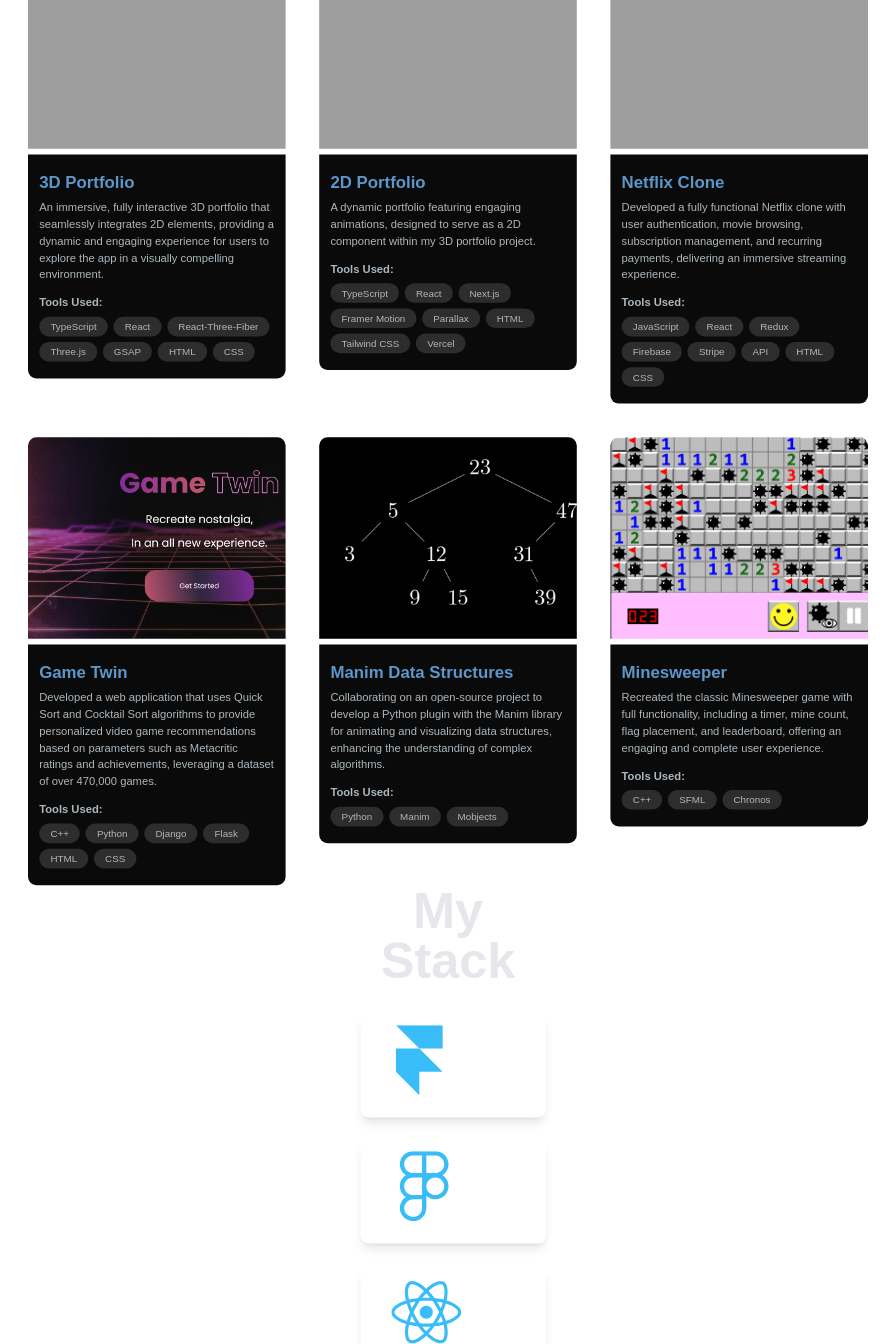
Repository: GG1627/2d-portfolio
Page: /
These files come from the project's save history. The page is drawn as it stood at one moment and after the next save; the edit follows.
The browser window is 1280 px wide. The pictures show the part of the page from y = 1572 to 3492 px (the page is 4788 px tall before and 4780 px after), at 70% of full size.
Pictures or frames that could not be fetched are drawn as grey boxes. The project was rebuilt for these pictures with package versions that can differ from the ones it lists, and the page was loaded fresh each time. The framework's server and built-in components were replaced by stand-ins that run in the browser. Also part of the build but not shown: next.config.ts.

Above is the page before, as saved 2025-01-08 10:36:32.

### app/page.tsx
import { Hero } from "./sections/Hero";
import { Stack } from "./sections/Stack";
import { Projects } from "./sections/Projects";
import { Navbar } from "./sections/Navbar";
import { About } from "./sections/About";
import { Contact } from "./sections/Contact";

export default function Home() {
  return (
    <div>
      <Navbar />
      <Hero />
      <About />
      <Projects />
      <Stack />
      <Contact />
    </div>
  );
}

### app/sections/Hero.tsx
"use client";
import Image from "next/image";
import { TypeAnimation } from "react-type-animation";
import React from "react";
import ParallaxClouds from "../components/Clouds";
import Avatar from "./../assets/avatar.png";

export const Hero = () => {
  return (
    <div
      style={{
        background:
          "linear-gradient(180deg, #557BAD, #8BAAC4, #5D97C9, #0F62AB, #0a0a0a)",
      }}
      className="overflow-x-clip min-h-screen pb-2 flex items-center justify-center relative"
    >
      <div className="container mx-auto space-y-10 flex items-center justify-center flex-col text-center">
        <div className="w-[320px] h-[320px] rounded-full overflow-hidden bg-slate-200">
          <Image
            src={Avatar}
            alt="avatar"
            className="object-cover"
            width={320}
            height={320}
          />
        </div>
        <h1 className="text-blue-200 font-extrabold text-8xl">Hi, I'm Gael!</h1>
        <p className="text-blue-200 text-2xl font-semibold max-w-[500px]">
          Computer Engineer @ UF
        </p>
        <TypeAnimation
          className="text-7xl text-white inline-block font-extrabold"
          wrapper="h1"
          cursor={true}
          repeat={Infinity}
          sequence={[
            "leader",
            1000,
            "creative",
            1000,
            "passionate",
            1000,
            "driven",
            1000,
            "adaptable",
            1000,
            "ambitious",
            1000,
          ]}
        />
        <ParallaxClouds />
      </div>
    </div>
  );
};

### app/sections/Stack.tsx
"use client";
import React, { useEffect } from "react";
import {
  SiFramer,
  SiFigma,
  SiReact,
  SiNodedotjs,
  SiMongodb,
  SiDocker,
} from "react-icons/si";
import { motion, useAnimation } from "framer-motion";
import { useInView } from "react-intersection-observer";

const stackItems = [
  {
    id: 1,
    name: "Framer",
    icon: <SiFramer size={100} />,
    color: "text-sky-400",
  },
  {
    id: 2,
    name: "Figma",
    icon: <SiFigma size={100} />,
    color: "text-sky-400",
  },
  {
    id: 3,
    name: "React",
    icon: <SiReact size={100} />,
    color: "text-sky-400",
  },
  {
    id: 4,
    name: "Node.js",
    icon: <SiNodedotjs size={100} />,
    color: "text-sky-400",
  },
  {
    id: 5,
    name: "MongoDB",
    icon: <SiMongodb size={100} />,
    color: "text-sky-400",
  },
  {
    id: 6,
    name: "Docker",
    icon: <SiDocker size={100} />,
    color: "text-sky-400",
  },
];

const itemVariants = {
  hidden: (index: number) => ({
    opacity: 0,
    x: index % 2 === 0 ? -100 : 100,
  }),
  visible: {
    opacity: 1,
    x: 0,
    transition: {
      duration: 3,
    },
  },
};

export const Stack = () => {
  const controls = useAnimation();
  const [ref, inView] = useInView({
    threshold: 0.1,
  });

  useEffect(() => {
    if (inView) {
      controls.start("visible");
    } else {
      controls.start("hidden");
    }
  }, [controls, inView]);

  return (
    <section className="">
      <div className=" max-w-[250px] mx-auto text-center">
        <h2 className="text-7xl text-gray-200 font-bold mb-10">My Stack</h2>
        <div className="grid gap-8" ref={ref}>
          {stackItems.map((item, index) => (
            <motion.div
              key={item.id}
              custom={index}
              initial="hidden"
              animate={controls}
              variants={itemVariants}
              className="bg-white/10 flex justify-center items-center flex-row rounded-xl shadow-lg p-4 hover:shadow-2xl"
            >
              <div className={`mb-4 ${item.color}`}>{item.icon}</div>
              <p className="text-white/20 text-3xl transform rotate-[-90deg]">
                {item.name}
              </p>
            </motion.div>
          ))}
        </div>
      </div>
    </section>
  );
};

### app/sections/Projects.tsx
import React from "react";
import ProjectCard from "../components/ProjectCard";

const projectsData = [
  {
    id: 1,
    title: "3D Portfolio",
    description:
      "An immersive, fully interactive 3D portfolio that seamlessly integrates 2D elements, providing a dynamic and engaging experience for users to explore the app in a visually compelling environment.",
    image: "images/netflix.png",
    tag: ["All", "Web"],
    gitUrl: "/",
    previewUrl: "/",
    tools: [
      "TypeScript",
      "React",
      "React-Three-Fiber",
      "Three.js",
      "GSAP",
      "HTML",
      "CSS",
    ],
  },
  {
    id: 2,
    title: "2D Portfolio",
    description:
      "A dynamic portfolio featuring engaging animations, designed to serve as a 2D component within my 3D portfolio project.",
    image: "images/netflix.png",
    tag: ["All", "Web"],
    gitUrl: "/",
    previewUrl: "/",
    tools: [
      "TypeScript",
      "React",
      "Next.js",
      "Framer Motion",
      "Parallax",
      "HTML",
      "Tailwind CSS",
      "Vercel",
    ],
  },
  {
    id: 3,
    title: "Netflix Clone",
    description:
      "Developed a fully functional Netflix clone with user authentication, movie browsing, subscription management, and recurring payments, delivering an immersive streaming experience.",
    image: "images/netflix.png",
    tag: ["All", "Web"],
    gitUrl: "https://github.com/GG1627/Netflix-clone",
    previewUrl: "https://movieappv2-8361c.web.app/",
    tools: [
      "JavaScript",
      "React",
      "Redux",
      "Firebase",
      "Stripe",
      "API",
      "HTML",
      "CSS",
    ],
  },
  {
    id: 4,
    title: "Game Twin",
    description:
      "Developed a web application that uses Quick Sort and Cocktail Sort algorithms to provide personalized video game recommendations based on parameters such as Metacritic ratings and achievements, leveraging a dataset of over 470,000 games.",
    image: "images/gameTwin.png",
    tag: ["All", "Web"],
    gitUrl: "https://github.com/GG1627/Game-Twin",
    previewUrl: "https://game-twin.onrender.com/",
    tools: ["C++", "Python", "Django", "Flask", "HTML", "CSS"],
  },
  {
    id: 5,
    title: "Manim Data Structures",
    description:
      "Collaborating on an open-source project to develop a Python plugin with the Manim library for animating and visualizing data structures, enhancing the understanding of complex algorithms.",
    image: "images/manim.png",
    tag: ["All", "Web"],
    gitUrl: "https://github.com/ufosc/manim-data-structures",
    previewUrl: "",
    tools: ["Python", "Manim", "Mobjects"],
  },
  {
    id: 6,
    title: "Minesweeper",
    description:
      "Recreated the classic Minesweeper game with full functionality, including a timer, mine count, flag placement, and leaderboard, offering an engaging and complete user experience.",
    image: "images/minesweeper.png",
    tag: ["All", "Web"],
    gitUrl: "https://github.com/GG1627/MineSweeper",
    previewUrl: "",
    tools: ["C++", "SFML", "Chronos"],
  },
];

export const Projects = () => {
  return (
    <>
      <h2 className="text-center text-4xl font-bold text-white mt-4">
        My Projects{" "}
      </h2>
      <div className="grid md:grid-cols-3 gap-8 md:gap-12 px-10">
        {projectsData.map((project) => (
          <ProjectCard
            key={project.id}
            title={project.title}
            description={project.description}
            imgUrl={project.image}
            gitUrl={project.gitUrl}
            previewUrl={project.previewUrl}
            tools={project.tools}
          />
        ))}
      </div>
    </>
  );
};

### app/sections/Navbar.tsx
"use client";
import React, { useState } from "react";
import { AiOutlineMenu, AiOutlineClose } from "react-icons/ai";
import { motion } from "framer-motion";

const navLinks = [
  { title: "About", path: "#about" },
  { title: "Projects", path: "#Projects" },
  { title: "Stack", path: "#Stack" },
  { title: "Contact", path: "#Contact" },
];

export const Navbar = () => {
  const [nav, setNav] = useState(false);

  const toggleNav = () => {
    setNav(!nav);
  };

  const closeNav = () => {
    setNav(false);
  };

  const menuVariants = {
    open: {
      x: 0,
      transition: {
        stiffness: 20,
        damping: 15,
      },
    },
    close: {
      x: "-100%",
      transition: {
        stiffness: 20,
        damping: 15,
      },
    },
  };

  return (
    <div className="z-50 fixed left-[40%] text-white font-bold">
      <div className="border border-white/20 mt-12 backdrop-blur-xl rounded-3xl hidden md:flex items-center justify-center p-2 max-w-[400px] mx-auto">
        <ul className="flex flex-row p-2 space-x-8">
          {navLinks.map((link, index) => (
            <li key={index}>
              <a
                href={link.path}
                className="transform hover:skew-x-12 hover:text-white/50 transition-all duration-300 ease-in-out"
              >
                {link.title}
              </a>
            </li>
          ))}
        </ul>
      </div>

      <div
        onClick={toggleNav}
        className="z-50 md:hidden absolute top-5 left-5 border rounded text-white/70 border-white/70 p-2"
      >
        {nav ? <AiOutlineClose size={30} /> : <AiOutlineMenu size={30} />}
      </div>

      <motion.div
        initial={false}
        animate={nav ? "open" : "closed"}
        variants={menuVariants}
        className="fixed left-0 top-0 w-full h-full bg-black/90 hidden md:hidden"
      >
        <ul className="flex flex-col items-center justify-center space-y-8 h-full">
          {navLinks.map((link, index) => (
            <li key={index}>
              <a href={link.path} onClick={closeNav} className="text-5xl">
                {link.title}
              </a>
            </li>
          ))}
        </ul>
      </motion.div>
    </div>
  );
};

### app/sections/About.tsx
export const About = () => {
  return <div className="w-full h-screen">About Me</div>;
};

### app/sections/Contact.tsx
export const Contact = () => {
  return <div className="w-full h-screen">Contact</div>;
};

### app/components/Clouds.tsx
import React, { useEffect, useState } from "react";
import Cloud1 from "./../assets/cloud1.png";
import Cloud2 from "./../assets/cloud2.png";
import Cloud3 from "./../assets/cloud3.png";
import Cloud4 from "./../assets/cloud4.png";
import Cloud5 from "./../assets/cloud5.png";
import Image from "next/image";
import { Circles } from "./Circles";

const ParallaxClouds = () => {
  const [mousePosition, setMousePosition] = useState({ x: 0, y: 0 });
  const [cloudsPosition, setCloudsPosition] = useState({
    cloud1: { x: 0, y: 0 },
    cloud2: { x: 0, y: 0 },
    cloud3: { x: 0, y: 0 },
    cloud4: { x: 0, y: 0 },
    cloud5: { x: 0, y: 0 },
  });

  // Track mouse position
  const handleMouseMove = (e: MouseEvent) => {
    const { clientX, clientY } = e;
    setMousePosition({ x: clientX, y: clientY });
  };

  // Calculate cloud positions based on mouse position
  useEffect(() => {
    const updateCloudPositions = () => {
      setCloudsPosition({
        cloud1: {
          x: (mousePosition.x - window.innerWidth / 2) * 0.05,
          y: (mousePosition.y - window.innerHeight / 2) * 0.05,
        },
        cloud2: {
          x: (mousePosition.x - window.innerWidth / 2) * 0.1,
          y: (mousePosition.y - window.innerHeight / 2) * 0.1,
        },
        cloud3: {
          x: (mousePosition.x - window.innerWidth / 2) * 0.15,
          y: (mousePosition.y - window.innerHeight / 2) * 0.15,
        },
        cloud4: {
          x: (mousePosition.x - window.innerWidth / 2) * 0.2,
          y: (mousePosition.y - window.innerHeight / 2) * 0.2,
        },
        cloud5: {
          x: (mousePosition.x - window.innerWidth / 2) * 0.25,
          y: (mousePosition.y - window.innerHeight / 2) * 0.25,
        },
      });
    };

    updateCloudPositions();
  }, [mousePosition]); // Update whenever the mouse position changes

  // Add event listener for mouse movement
  useEffect(() => {
    window.addEventListener("mousemove", handleMouseMove);

    // Clean up the event listener
    return () => {
      window.removeEventListener("mousemove", handleMouseMove);
    };
  }, []);

  return (
    <div className="absolute top-[-35%] left-[50%] w-[78rem] -translate-x-1/2 aspect-square">
      <Circles />
      <Image
        src={Cloud1}
        alt="cloud 1"
        className="absolute"
        style={{
          left: `calc(-7% + ${cloudsPosition.cloud1.x}px)`,
          top: `calc(80% + ${cloudsPosition.cloud1.y}px)`,
          width: "300px", // Make the cloud smaller
          transition: "transform 0.1s ease-out",
        }}
      />
      <Image
        src={Cloud2}
        alt="cloud 2"
        className="absolute"
        style={{
          left: `calc(65% + ${cloudsPosition.cloud2.x}px)`,
          top: `calc(30% + ${cloudsPosition.cloud2.y}px)`,
          width: "300px", // Make the cloud smaller
          transition: "transform 0.1s ease-out",
        }}
      />
      <Image
        src={Cloud3}
        alt="cloud 3"
        className="absolute"
        style={{
          left: `calc(90% + ${cloudsPosition.cloud3.x}px)`,
          top: `calc(85% + ${cloudsPosition.cloud3.y}px)`,
          width: "300px", // Make the cloud smaller
          transition: "transform 0.1s ease-out",
        }}
      />
      <Image
        src={Cloud4}
        alt="cloud 4"
        className="absolute"
        style={{
          left: `calc(-5% + ${cloudsPosition.cloud4.x}px)`,
          top: `calc(35% + ${cloudsPosition.cloud4.y}px)`,
          width: "300px", // Make the cloud smaller
          transition: "transform 0.1s ease-out",
        }}
      />
      <Image
        src={Cloud5}
        alt="cloud 5"
        className="absolute"
        style={{
          left: `calc(80% + ${cloudsPosition.cloud5.x}px)`,
          top: `calc(60% + ${cloudsPosition.cloud5.y}px)`,
          width: "300px", // Make the cloud smaller

          transition: "transform 0.1s ease-out",
        }}
      />
    </div>
  );
};

export default ParallaxClouds;

### app/components/ProjectCard.tsx
"use client";
import React from "react";
import { CodeBracketIcon, EyeIcon } from "@heroicons/react/24/outline";
import Link from "next/link";

interface ProjectCardProps {
  imgUrl: string;
  title: string;
  description: string;
  gitUrl: string;
  previewUrl: string;
  tools: string[]; // tools as an array of strings
}

const ProjectCard: React.FC<ProjectCardProps> = ({
  imgUrl,
  title,
  description,
  gitUrl,
  previewUrl,
  tools,
}) => {
  return (
    <div>
      <div
        className="h-52 md:h-72 rounded-t-xl relative group"
        style={{ background: `url(${imgUrl})`, backgroundSize: "cover" }}
      >
        <div className="overlay items-center justify-center absolute top-0 left-0 w-full h-full bg-[#181818] bg-opacity-0 hidden group-hover:flex group-hover:bg-opacity-80 transition-all duration-500">
          <Link
            href={gitUrl}
            className="h-14 mr-2 w-14 border-2 relative rounded-full border-[#ADB7BE] hover:border-white group/link"
          >
            <CodeBracketIcon className="h-10 w-10 text-[#ADB7BE] absolute top-1/2 left-1/2 transform -translate-x-1/2 -translate-y-1/2 cursor-pointer group-hover/link:text-white" />
          </Link>
          {previewUrl && (
            <Link
              href={previewUrl}
              className="h-14 w-14 border-2 relative rounded-full border-[#ADB7BE] hover:border-white group/link"
            >
              <EyeIcon className="h-10 w-10 text-[#ADB7BE] absolute top-1/2 left-1/2 transform -translate-x-1/2 -translate-y-1/2 cursor-pointer group-hover/link:text-white" />
            </Link>
          )}
        </div>
      </div>
      <div className="text-white rounded-b-xl mt-2 bg-[#0a0a0a] py-6 px-4">
        <h5 className="text-2xl font-semibold mb-2 text-[#5D97C9]">{title}</h5>
        <p className="text-[#ADB7BE]">{description}</p>
        {/* Tools section */}
        <div className="mt-4">
          <h6 className="text-[#ADB7BE] font-semibold mb-2">Tools Used:</h6>
          <div className="flex flex-wrap gap-2">
            {tools.map((tool, index) => (
              <span
                key={index}
                className="bg-[#2D2D2D] text-[#ADB7BE] px-4 py-1 rounded-full text-sm"
              >
                {tool}
              </span>
            ))}
          </div>
        </div>
      </div>
    </div>
  );
};

export default ProjectCard;

### app/components/Circles.tsx
export const Circles = () => {
  return (
    <>
      <div className="aspect-square absolute opacity-30 top-1/2 left-1/2 w-[60rem] border rounded-full -translate-x-1/2 -translate-y-1/2"></div>
      <div className="aspect-square absolute opacity-30 top-1/2 left-1/2 w-[50rem] border rounded-full -translate-x-1/2 -translate-y-1/2"></div>
      <div className="aspect-square absolute opacity-30 top-1/2 left-1/2 w-[35rem] border rounded-full -translate-x-1/2 -translate-y-1/2"></div>
      {/* <div className="aspect-square absolute opacity-30 top-1/2 left-1/2 w-[20rem] border rounded-full -translate-x-1/2 -translate-y-1/2"></div> */}
      <div className="aspect-square absolute opacity-30 top-1/2 left-1/2 w-[70rem] border rounded-full -translate-x-1/2 -translate-y-1/2"></div>
      <div className="aspect-square absolute opacity-30 top-1/2 left-1/2 w-[80rem] border rounded-full -translate-x-1/2 -translate-y-1/2"></div>
    </>
  );
};

### tailwind.config.ts
import type { Config } from "tailwindcss";

export default {
  content: [
    "./pages/**/*.{js,ts,jsx,tsx,mdx}",
    "./components/**/*.{js,ts,jsx,tsx,mdx}",
    "./app/**/*.{js,ts,jsx,tsx,mdx}",
  ],
  theme: {
    extend: {
      colors: {
        background: "var(--background)",
        foreground: "var(--foreground)",
      },
    },
    screens: {
      sm: "640px",
      md: "768px",
      lg: "1024px",
      xl: "1280px",
    },
  },
  plugins: [],
} satisfies Config;

Loaded but not shown: app/layout.tsx (common file); app/globals.css (common file)

After the next save:
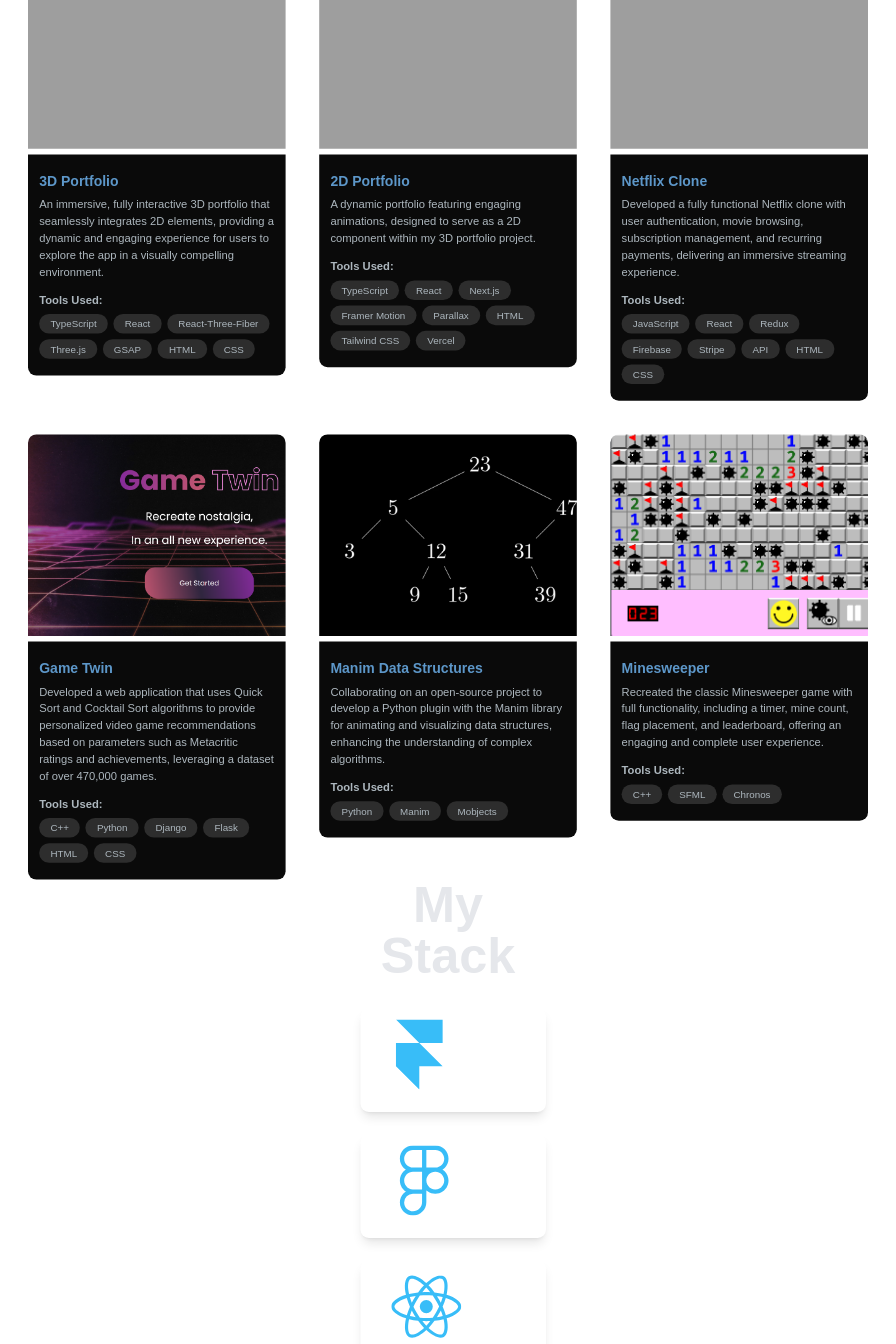
Saved 5 s later.
--- a/app/components/ProjectCard.tsx
+++ b/app/components/ProjectCard.tsx
@@ -44,7 +44,7 @@
         </div>
       </div>
       <div className="text-white rounded-b-xl mt-2 bg-[#0a0a0a] py-6 px-4">
-        <h5 className="text-2xl font-semibold mb-2 text-[#5D97C9]">{title}</h5>
+        <h5 className="text-xl font-semibold mb-2 text-[#5D97C9]">{title}</h5>
         <p className="text-[#ADB7BE]">{description}</p>
         {/* Tools section */}
         <div className="mt-4">

After the save that followed:
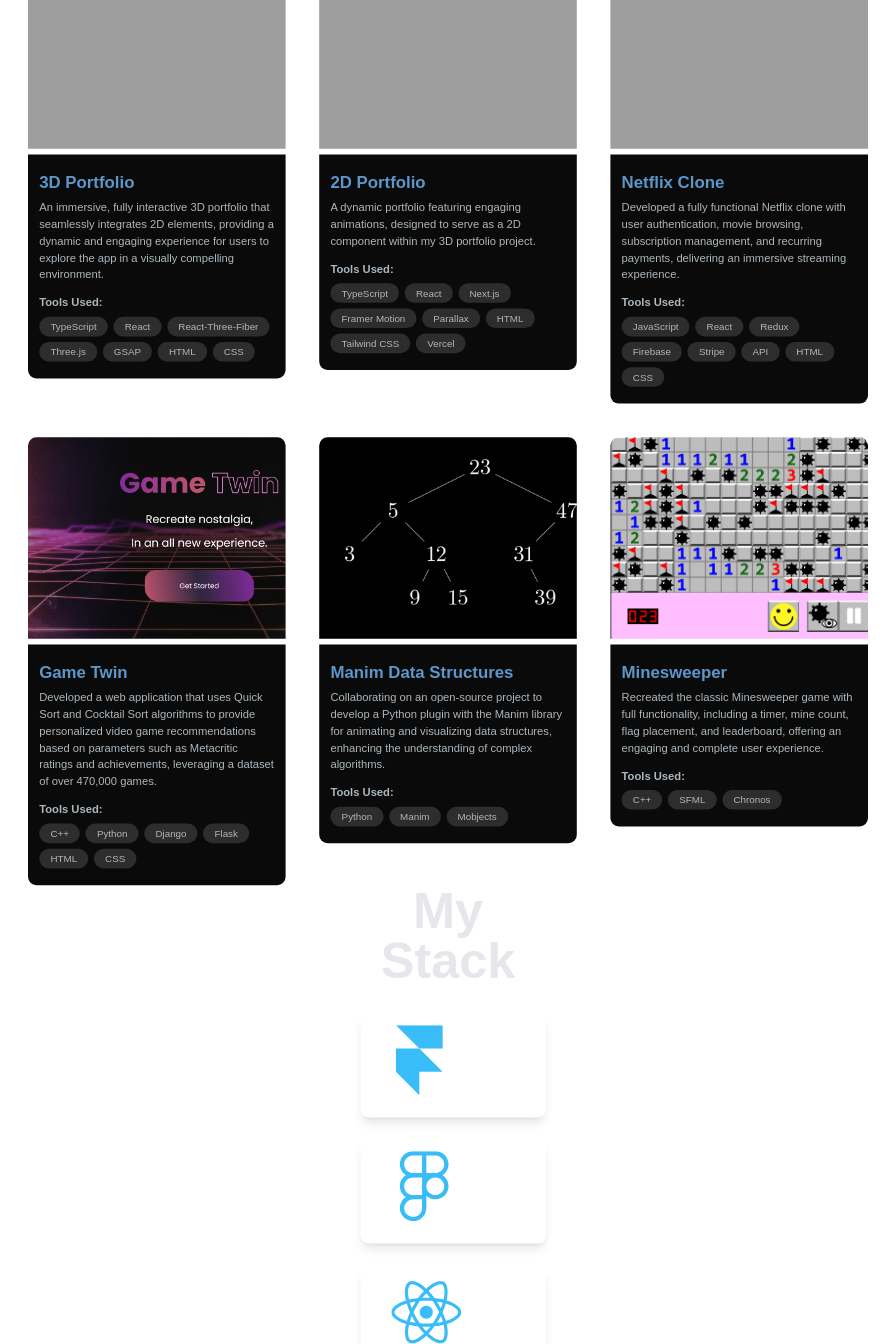
Saved 9 s later.
--- a/app/components/ProjectCard.tsx
+++ b/app/components/ProjectCard.tsx
@@ -44,7 +44,7 @@
         </div>
       </div>
       <div className="text-white rounded-b-xl mt-2 bg-[#0a0a0a] py-6 px-4">
-        <h5 className="text-xl font-semibold mb-2 text-[#5D97C9]">{title}</h5>
+        <h5 className="text-2xl font-semibold mb-2 text-[#5D97C9]">{title}</h5>
         <p className="text-[#ADB7BE]">{description}</p>
         {/* Tools section */}
         <div className="mt-4">
